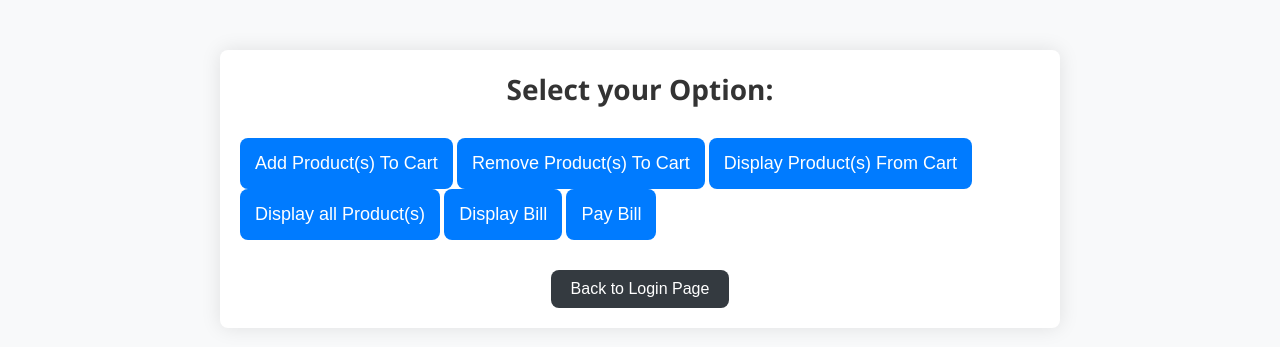
Repository: palakbari/Spring-MVC
Page: http://localhost/ShoppingSystem/customer_menu.jsp
These files come from the project's save history. The page is drawn as it stood at one moment and after the next save; the edit follows.
The browser window is 1280 px wide. The pictures show the whole page.
The page is served by Tomcat 9. Other server files are loaded and not shown.

Above is the page before, as saved 2024-05-31 09:36:31.

### ShoppingSystem/src/main/webapp/customer_menu.jsp
<%@ page language="java" contentType="text/html; charset=UTF-8" pageEncoding="UTF-8"%>
<!DOCTYPE html>
<html>
<head>
    <meta charset="UTF-8">
    <title>Customer Menu</title>
    <style>
        body {
            font-family: 'Segoe UI', Tahoma, Geneva, Verdana, sans-serif;
            margin: 0;
            padding: 0;
            background-color: #f8f9fa;
        }
        .container {
            max-width: 800px;
            margin: 50px auto;
            padding: 20px;
            background-color: #fff;
            border-radius: 8px;
            box-shadow: 0 0 20px rgba(0, 0, 0, 0.1);
        }
        h2 {
            margin-top: 0;
            font-size: 28px;
            color: #333;
            text-align: center;
        }
        .button-container {
            margin-top: 30px;
            display: flex;
            flex-wrap: wrap;
            justify-content: space-between;
        }
        .button {
            flex: 0 0 48%;
            padding: 15px;
            font-size: 18px;
            text-align: center;
            background-color: #007bff;
            color: #fff;
            border: none;
            border-radius: 8px;
            cursor: pointer;
            transition: background-color 0.3s ease;
        }
        .button:hover {
            background-color: #0056b3;
        }
        .back-button {
            margin-top: 30px;
            text-align: center;
        }
        .back-button button, .back-button a {
            display: inline-block;
            vertical-align: middle;
            padding: 10px 20px;
            font-size: 16px;
            background-color: #343a40;
            color: #fff;
            border: none;
            border-radius: 8px;
            cursor: pointer;
            text-decoration: none;
            transition: background-color 0.3s ease;
        }
        .back-button button:hover, .back-button a:hover {
            background-color: #212529;
        }
        .back-button a {
            margin-left: 10px;
        }
    </style>
</head>
<body>
    <div class="container">
        <h2>Select your Option:</h2>
        <div class="button-container">
            <form action="customer">
                <button onclick="form.action='addProductsToCart'" class="button">Add Product(s) To Cart</button>
                <button onclick="form.action='removeProductsFromCart'" class="button">Remove Product(s) To Cart</button>
                <button onclick="form.action='displayProductsFromCart'" class="button">Display Product(s) From Cart</button>
                <button onclick="form.action='displayProductsToCustomer'" class="button">Display all Product(s)</button>
                <button onclick="form.action='displayBill'" class="button">Display Bill</button>
                <button onclick="form.action='payBill'" class="button">Pay Bill</button>
            </form>
        </div>
        <div class="back-button">
            <form>
                <button type="button" onclick="window.location.href='index.jsp'" class="button">Back to Login Page</button>
            </form>
        </div>
    </div>
</body>
</html>

After the next save:
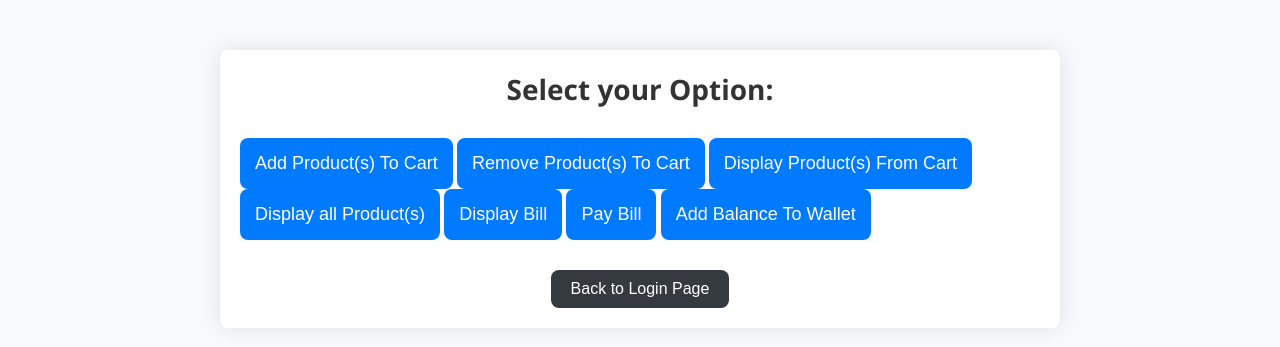
Saved 3 min 19 s later.
--- a/ShoppingSystem/src/main/webapp/customer_menu.jsp
+++ b/ShoppingSystem/src/main/webapp/customer_menu.jsp
@@ -82,6 +82,7 @@
                 <button onclick="form.action='displayProductsToCustomer'" class="button">Display all Product(s)</button>
                 <button onclick="form.action='displayBill'" class="button">Display Bill</button>
                 <button onclick="form.action='payBill'" class="button">Pay Bill</button>
+                <button onclick="form.action='addBalance'" class="button">Add Balance To Wallet</button>
             </form>
         </div>
         <div class="back-button">
